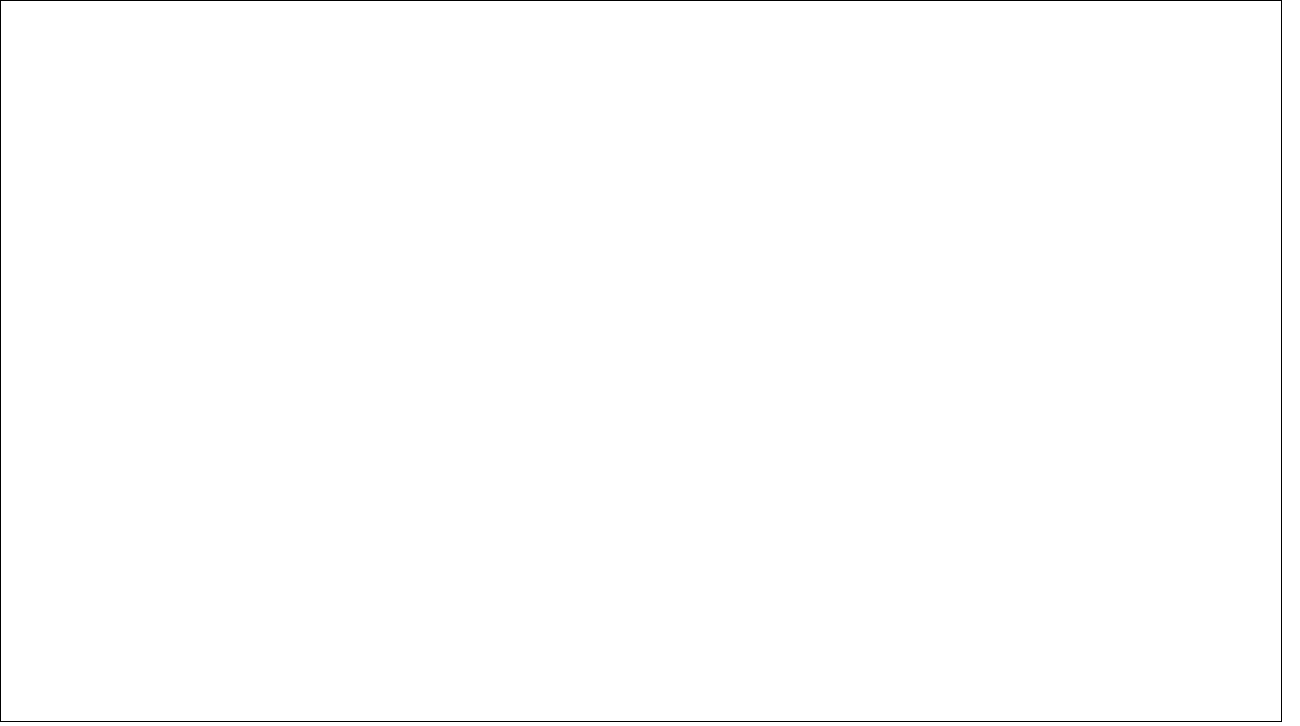
Repository: badhon252/Javascript-practice
Page: 1projects/JavaScript30/08 - Fun with HTML5 Canvas/index-START.html
The author's editor kept a copy of each file at every save. The page is drawn from the files as they stood at one save, then again after the next save.
The browser window is 1280 px wide. The page is 1282 px wide, then 1300 px, then 1282 px, so the pictures cover 1300 px, including what lies to the right of the window. The pictures show the whole page.

Above is the page before, as saved 2022-12-04 16:50:28.

### 1projects/JavaScript30/08 - Fun with HTML5 Canvas/index-START.html
<!DOCTYPE html>
<html lang="en">

<head>
    <meta charset="UTF-8">
    <title>HTML5 Canvas</title>
</head>

<body>
    <canvas id="draw" width="800" height="800"></canvas>
    <script>
    </script>

    <style>
        html,
        body {
            margin: 0;
            padding: 0;
        }

        #draw {
            border: 1px solid black;
        }
    </style>

    <script>
        const canvas = document.querySelector("#draw");
        const ctx = canvas.getContext("2d")

        canvas.width = window.innerWidth;
        canvas.height = window.innerHeight;

        // ctx.fillRect(x, y, width, height)
        // ctx.fillRect(400, 100, 100, 100);
        // ctx.fillRect(300, 300, 100, 100);
        // ctx.fillRect(500, 300, 100, 100);
        // ctx.fillRect(1, 1, 100, 100);

        ctx.strokeStyle = "#BADA55";
        ctx.lineJoin = "round";
        ctx.lineCap = "round";

        let isDrawing = false;

        let lastX = 0;
        let lastY = 0;

        function draw(e) {
            if (!isDrawing) return;
            console.log(e)
            ctx.beginPath();
            ctx.moveTo(lastX, lastY);
            ctx.lineTo(e.offsetX, e.offsetY)
            ctx.stroke();
            [lastX, lastY] = [e.offsetX, e.offsetY];
        }
        canvas.addEventListener("mousedown", (e) => {
            isDrawing = true;
            [lastX, lastY] = [e.offsetX, e.offsetY];
        })
        canvas.addEventListener("mousemove", draw);
        canvas.addEventListener("mouseup", () => isDrawing = false);
        canvas.addEventListener("mouseout", () => isDrawing = false);
    </script>
</body>

</html>

After the next save:
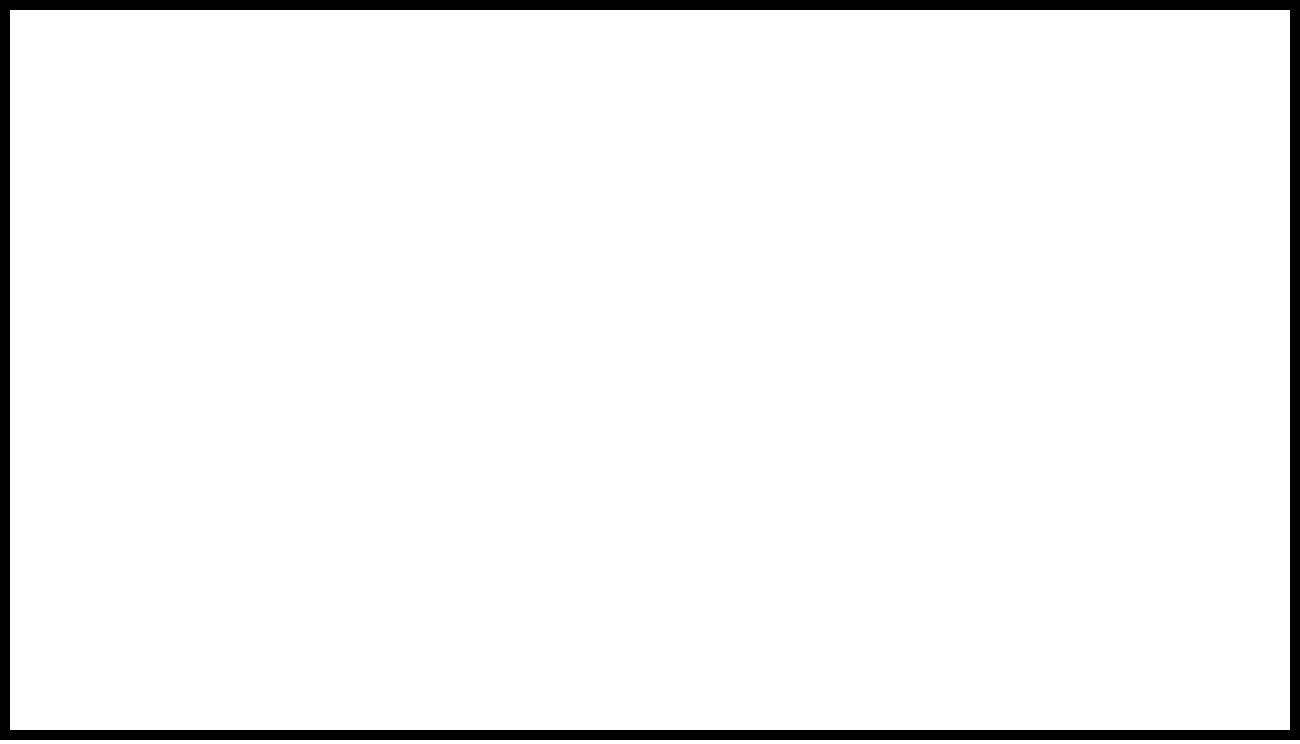
Saved 21 s later.
--- a/1projects/JavaScript30/08 - Fun with HTML5 Canvas/index-START.html
+++ b/1projects/JavaScript30/08 - Fun with HTML5 Canvas/index-START.html
@@ -19,7 +19,7 @@
         }
 
         #draw {
-            border: 1px solid black;
+            border: 10px solid black;
         }
     </style>
 

After the save that followed:
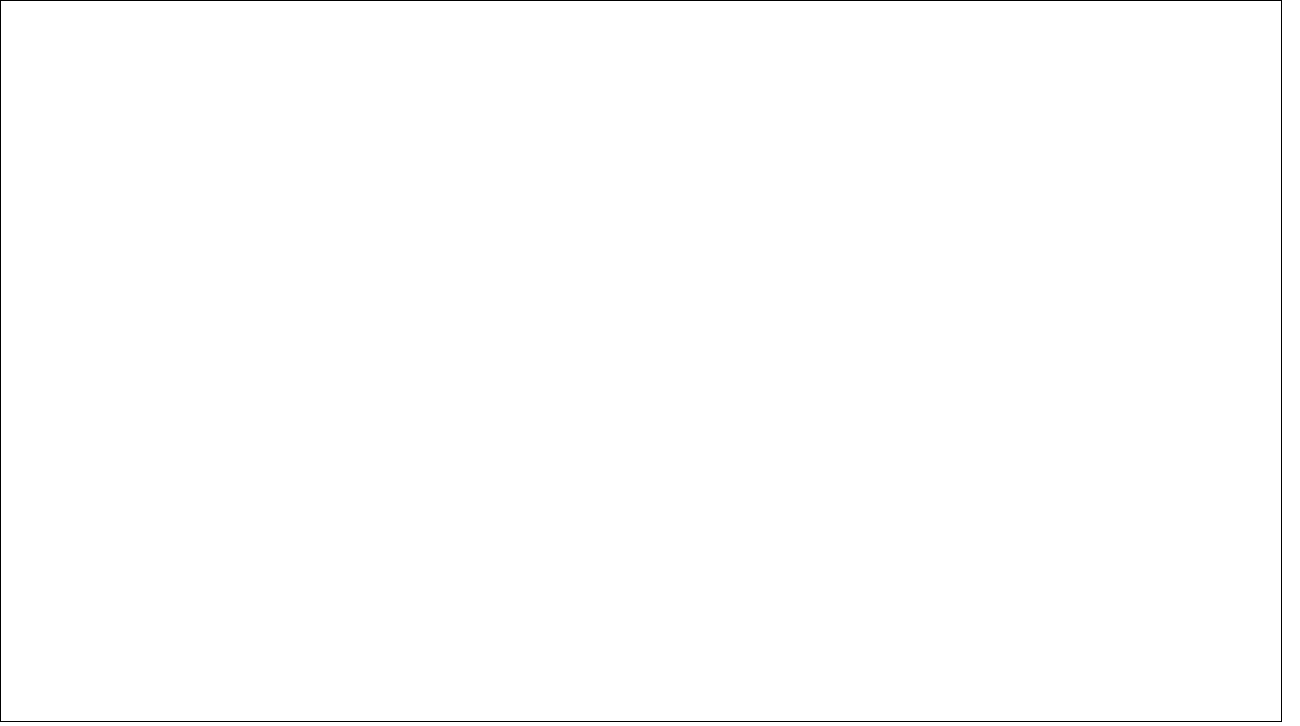
Saved 5 s later.
--- a/1projects/JavaScript30/08 - Fun with HTML5 Canvas/index-START.html
+++ b/1projects/JavaScript30/08 - Fun with HTML5 Canvas/index-START.html
@@ -19,7 +19,7 @@
         }
 
         #draw {
-            border: 10px solid black;
+            border: 1px solid black;
         }
     </style>
 
